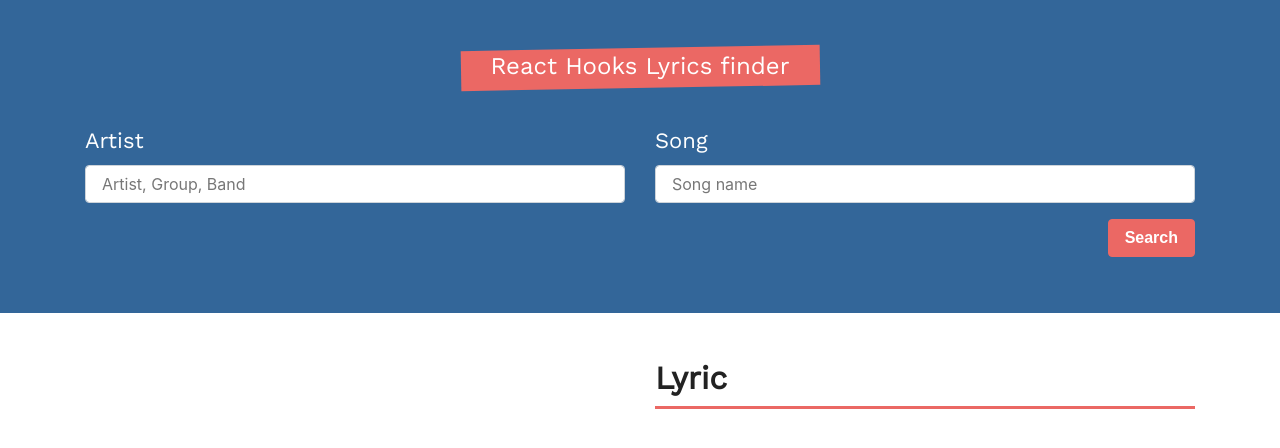
Repository: ppfeliuu/Lyrics-and-Band
Page: /
The author's editor kept a copy of each file at every save. The page is drawn from the files as they stood at one save, then again after the next save.
The browser window is 1280 px wide. The pictures show the whole page.
Some web fonts or font styles are not loaded; a fallback is used. The project was rebuilt for these pictures with package versions that can differ from the ones it lists, and the page was loaded fresh each time.

Above is the page before, as saved 2019-06-24 10:57:07.

### public/index.html
<!DOCTYPE html>
<html lang="en">
  <head>
    <meta charset="utf-8" />
    <link rel="shortcut icon" href="%PUBLIC_URL%/favicon.ico" />
    <meta
      name="viewport"
      content="width=device-width, initial-scale=1, shrink-to-fit=no"
    />
    <meta name="theme-color" content="#000000" />
    <!--
      manifest.json provides metadata used when your web app is added to the
      homescreen on Android. See https://developers.google.com/web/fundamentals/web-app-manifest/
    -->
    <link rel="manifest" href="%PUBLIC_URL%/manifest.json" />
    <!--
      Notice the use of %PUBLIC_URL% in the tags above.
      It will be replaced with the URL of the `public` folder during the build.
      Only files inside the `public` folder can be referenced from the HTML.

      Unlike "/favicon.ico" or "favicon.ico", "%PUBLIC_URL%/favicon.ico" will
      work correctly both with client-side routing and a non-root public URL.
      Learn how to configure a non-root public URL by running `npm run build`.
    -->
    <title>App Música</title>

    <link href="https://fonts.googleapis.com/css?family=Work+Sans" rel="stylesheet">
    <link rel="stylesheet" href="https://use.fontawesome.com/releases/v5.7.1/css/all.css" integrity="sha384-fnmOCqbTlWIlj8LyTjo7mOUStjsKC4pOpQbqyi7RrhN7udi9RwhKkMHpvLbHG9Sr" crossorigin="anonymous">
   <link rel="stylesheet" href="https://bootswatch.com/4/journal/bootstrap.min.css">
  </head>
  <body>
    <noscript>You need to enable JavaScript to run this app.</noscript>
    <div id="root"></div>
    <!--
      This HTML file is a template.
      If you open it directly in the browser, you will see an empty page.

      You can add webfonts, meta tags, or analytics to this file.
      The build step will place the bundled scripts into the <body> tag.

      To begin the development, run `npm start` or `yarn start`.
      To create a production bundle, use `npm run build` or `yarn build`.
    -->
  </body>
</html>

### src/App.js
import React, { useState, useEffect, Fragment } from 'react';
import axios from 'axios';
import Cancion from './components/Cancion';
import Formulario from './components/Formulario';

function App() {

  const [ artista, agregarArtista ] = useState('');
  const [ letra, agregarLetra ] = useState([]);
  const [ info, agregarInfo ] = useState({});


  // Consulta API canciones
  const consultarAPILetra = async busqueda => {
    console.log(busqueda);
    const {artista, cancion} = busqueda;
    const url = `https://api.lyrics.ovh/v1/${artista}/${cancion}`;

    // consulta api

    const resultado = await axios(url);

    // console.log(resultado.data.lyrics);

    agregarLetra(resultado.data.lyrics);
  }

  return (
    <Fragment>
      <Formulario
        consultarAPILetra={consultarAPILetra}
      />

      <div className="container mt-5">
        <div className="row">
          <div className="col-md-6">

          </div>
          <div className="col-md-6">
          <Cancion
              letra={letra}
            />
          </div>
        </div>
      </div>
    </Fragment>
  );
}

export default App;

### src/components/Cancion.js
import React, { Fragment } from 'react';

function Cancion({letra}) {

    return(
        <Fragment>
            <h2>Lyric</h2>
            <p className="letra">{letra}</p>
        </Fragment>

    );

}

export default Cancion;

### src/components/Formulario.js
import React, { useState, useEffect, Fragment } from 'react';

function Formulario({consultarAPILetra}) {


    const [busqueda, agregarBusqueda] = useState({
        artista: '',
        cancion: ''
    })

    //funcion para actualzar state del input

    const actualizarState = e => {
        agregarBusqueda({
            ...busqueda,
            [e.target.name] : e.target.value
        });

        console.log(busqueda);
    }

    const enviarInformacion = e => {
        e.preventDefault();
        consultarAPILetra(busqueda);
    }

    return (
        <div className="bg-info">
          <div className="container">
              <div className="row">
                  <form onSubmit={enviarInformacion}
                    className="col card text-white bg-transparent  mb-5 pt-5 pb-2">
                      <fieldset>
                          <legend className="text-center">React Hooks Lyrics finder</legend>
                          <div className="row">
                              <div className="col-md-6">
                                <div className="form-group">
                                    <label>Artist</label>
                                    <input
                                        type="text"
                                        className="form-control"
                                        name="artista"
                                        placeholder="Artist, Group, Band "
                                        onChange={actualizarState}
                                        required
                                    />
                                </div>
                              </div>
                              <div className="col-md-6">
                                <div className="form-group">
                                    <label>Song</label>
                                    <input
                                        type="text"
                                        className="form-control"
                                        name="cancion"
                                        placeholder="Song name"
                                        onChange={actualizarState}
                                        required
                                    />
                                </div>
                              </div>
                          </div>
                          <button type="submit" className="btn btn-primary float-right">Search</button>
                      </fieldset>
                  </form>
              </div>
          </div>
      </div>
    )
}

export default Formulario;

Loaded but not shown: src/index.js (common file); src/index.css (common file); src/serviceWorker.js (common file)

After the next save:
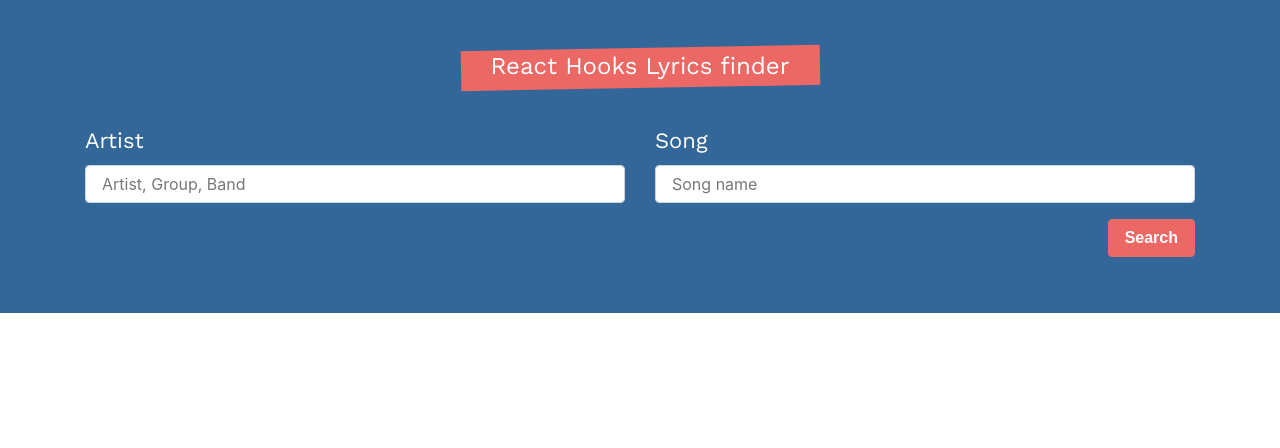
Saved 54 s later.
--- a/src/components/Cancion.js
+++ b/src/components/Cancion.js
@@ -1,6 +1,8 @@
 import React, { Fragment } from 'react';
 
 function Cancion({letra}) {
+
+    if (letra.length === 0 ) return null;
 
     return(
         <Fragment>
